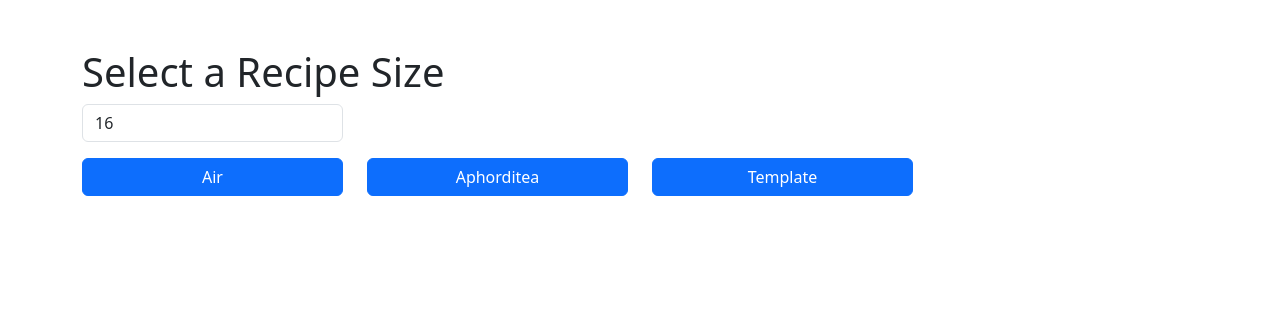
Repository: ChaidGPT/CKBatchHelper
Page: index.html
An editor plug-in stored every save of this project. The page is shown before and after the next save, followed by the edit.
The browser window is 1280 px wide. The pictures show the whole page.

Above is the page before, as saved 2023-06-27 12:41:18.

After the next save:
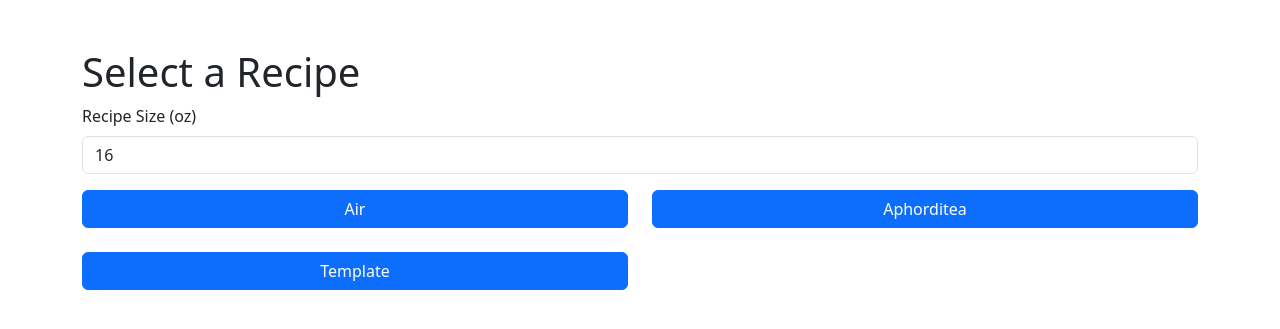
Saved 3 min 48 s later.
--- a/index.html
+++ b/index.html
@@ -15,16 +15,18 @@
   <main>
     <section id="section1" class="py-5">
       <div class="container">
-        <h1>Select a Recipe Size</h1>
-        <div class="row">
-          <div class="col-lg-3">
-            <input id="recipeSize" type="number" class="form-control" value="16">
-          </div>
+        <h1>Select a Recipe</h1>
+
+        <!-- Recipe Size -->
+        <div class="mb-3">
+          <label for="recipeSize" class="form-label">Recipe Size (oz)</label>
+          <input type="number" class="form-control" id="recipeSize" value="16">
         </div>
 
-        <div class="row mt-3">
-          <div class="col-lg-3">
-            <!-- Air Button -->
+        <div class="row row-cols-1 row-cols-md-2 g-4">
+
+          <!-- Air Button and Card -->
+          <div class="col">
             <button class="btn btn-primary w-100" type="button" data-bs-toggle="collapse"
               data-bs-target="#airCollapse" aria-expanded="false" aria-controls="airCollapse">
               Air
@@ -69,8 +71,8 @@
             </div>
           </div>
 
-          <div class="col-lg-3">
-            <!-- Aphorditea Button -->
+          <!-- Aphorditea Button and Card -->
+          <div class="col">
             <button class="btn btn-primary w-100" type="button" data-bs-toggle="collapse"
               data-bs-target="#aphorditeaCollapse" aria-expanded="false" aria-controls="aphorditeaCollapse">
               Aphorditea
@@ -115,8 +117,8 @@
             </div>
           </div>
 
-          <div class="col-lg-3">
-            <!-- Template Button -->
+          <!-- Template Button and Card -->
+          <div class="col">
             <button class="btn btn-primary w-100" type="button" data-bs-toggle="collapse"
               data-bs-target="#templateCollapse" aria-expanded="false" aria-controls="templateCollapse">
               Template
@@ -131,47 +133,51 @@
                     </tr>
                   </thead>
                   <tbody>
-                    <!-- Add template ingredients here -->
+                    <tr>
+                      <td>Ingredient 1</td>
+                      <td class="ingredientQty" data-ingredient="ingredient1" data-base-quantity="0">0</td>
+                    </tr>
+                    <tr>
+                      <td>Ingredient 2</td>
+                      <td class="ingredientQty" data-ingredient="ingredient2" data-base-quantity="0">0</td>
+                    </tr>
+                    <!-- Add more ingredients here -->
                   </tbody>
                 </table>
               </div>
             </div>
           </div>
+
         </div>
 
       </div>
     </section>
+
   </main>
 
   <!-- Bootstrap JS -->
   <script src="https://cdn.jsdelivr.net/npm/bootstrap@5.3.0/dist/js/bootstrap.bundle.min.js"
     integrity="sha384-geWF76RCwLtnZ8qwWowPQNguL3RmwHVBC9FhGdlKrxdiJJigb/j/68SIy3Te4Bkz" crossorigin="anonymous"></script>
 
-  <!-- Custom JS -->
   <script>
-    // Update ingredient quantities based on recipe size
     function updateIngredientQuantities() {
       const recipeSize = parseInt(document.getElementById('recipeSize').value);
 
-      const ingredientQtyElements = document.getElementsByClassName('ingredientQty');
-      for (let i = 0; i < ingredientQtyElements.length; i++) {
-        const element = ingredientQtyElements[i];
+      const ingredientQtyElements = document.querySelectorAll('.ingredientQty');
+      ingredientQtyElements.forEach(element => {
         const baseQuantity = parseInt(element.dataset.baseQuantity);
         const ingredient = element.dataset.ingredient;
+        const newQuantity = baseQuantity * (recipeSize / 16);
+        element.textContent = newQuantity.toFixed(2);
 
-        const newQuantity = (recipeSize / 16) * baseQuantity;
-        element.innerText = newQuantity.toFixed(2);
-
-        // Update ingredient name (plural/singular) based on quantity
-        const ingredientName = (newQuantity === 1) ? ingredient : ingredient + 's';
-        element.previousElementSibling.innerText = ingredientName;
-      }
+        // You can perform additional operations with the ingredient and new quantity here if needed
+      });
     }
 
-    // Add event listener for recipe size change
+    // Event listener for recipe size input
     document.getElementById('recipeSize').addEventListener('input', updateIngredientQuantities);
 
-    // Initial update on page load
+    // Initial call to update ingredient quantities based on default recipe size
     updateIngredientQuantities();
   </script>
 </body>
